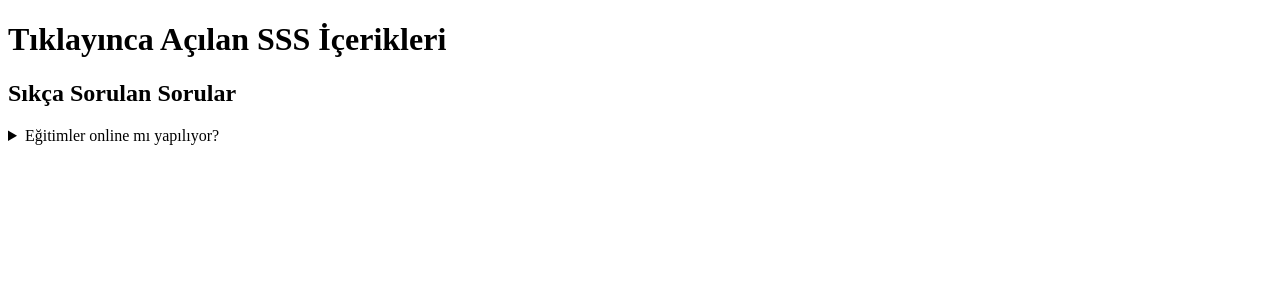
Repository: BeritanBlgn/web-yazilim-muhendisligi
Page: Modul_1/Ders_9/1.9.4_sss_akordeon.html
The author's editor kept a copy of each file at every save. The page is drawn from the files as they stood at one save, then again after a run of saves.
The browser window is 1280 px wide. The pictures show the whole page.

Above is the page before, as saved 2026-10-27 21:49:33.

After the next 2 saves:
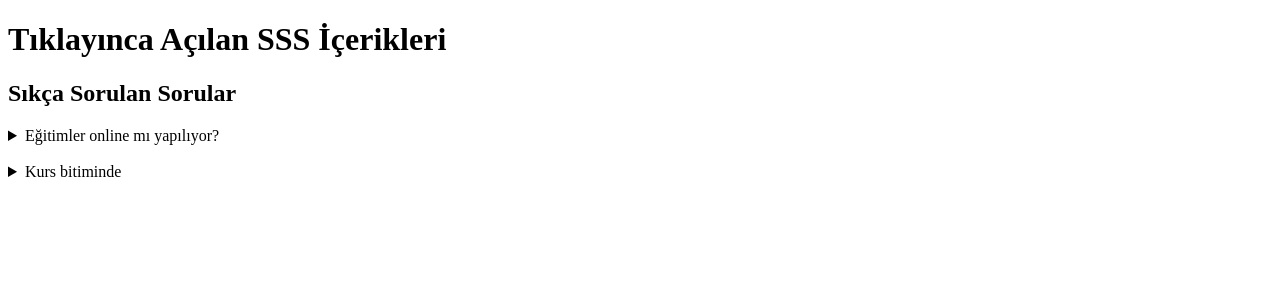
The 2 saves are shown as one change because they came seconds apart.
The last was saved 20 s later.
--- a/Modul_1/Ders_9/1.9.4_sss_akordeon.html
+++ b/Modul_1/Ders_9/1.9.4_sss_akordeon.html
@@ -24,5 +24,11 @@
 
     <br>
 
+    <details>
+        <summary>
+            Kurs bitiminde
+        </summary>
+    </details>
+
 </body>
 </html>
